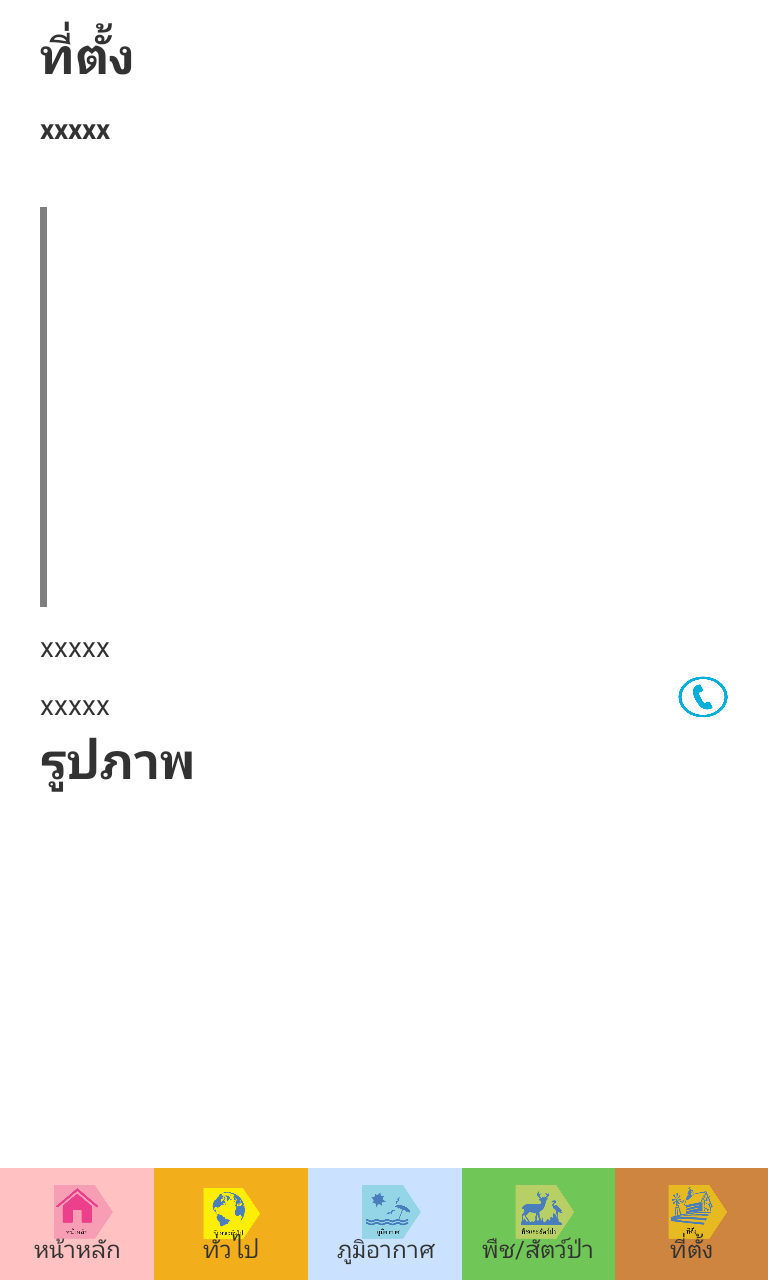
Repository: SettawutSomboon/SouthernNationalPark_Complete
Layout: SouthNationalParkTravel/SouthNationalPark/res/layout/animal.xml
These files come from the project's save history. The layout is drawn as it stood at one moment and after the next save; the edit follows.
Pictures or frames that could not be fetched are drawn as grey boxes. It is drawn on a 768 x 1280 px phone screen (xhdpi) without system bars, with theme AppTheme; the app's code is not run. Lists and similar views that code fills are empty.

Above is the layout before, as saved 2015-05-08 07:02:48.

After the next save:
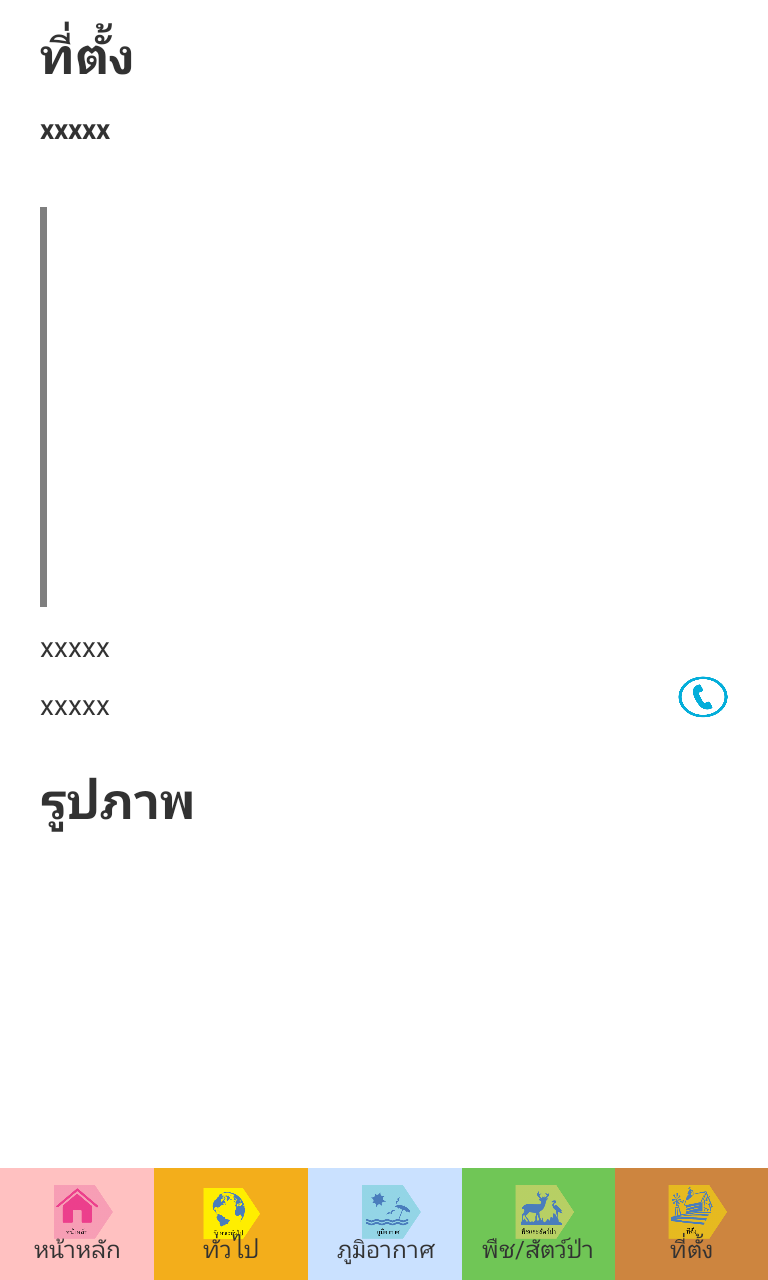
Saved 5 min 40 s later.
--- a/SouthNationalParkTravel/SouthNationalPark/res/layout/animal.xml
+++ b/SouthNationalParkTravel/SouthNationalPark/res/layout/animal.xml
@@ -88,7 +88,7 @@
                     android:layout_width="wrap_content"
                     android:layout_height="wrap_content"
                     android:layout_marginRight="20dp"
-                    android:layout_marginTop="30dp"
+                    android:layout_marginTop="50dp"
                     android:text="รูปภาพ"
                     android:textSize="25dp"
                     android:textStyle="bold" />
@@ -97,7 +97,7 @@
                     android:id="@+id/grid_image"
                     android:layout_width="wrap_content"
                     android:layout_height="wrap_content"
-                    android:layout_marginTop="70dp"
+                    android:layout_marginTop="100dp"
                     android:columnWidth="100dp"
                     android:gravity="center"
                     android:horizontalSpacing="15dp"
